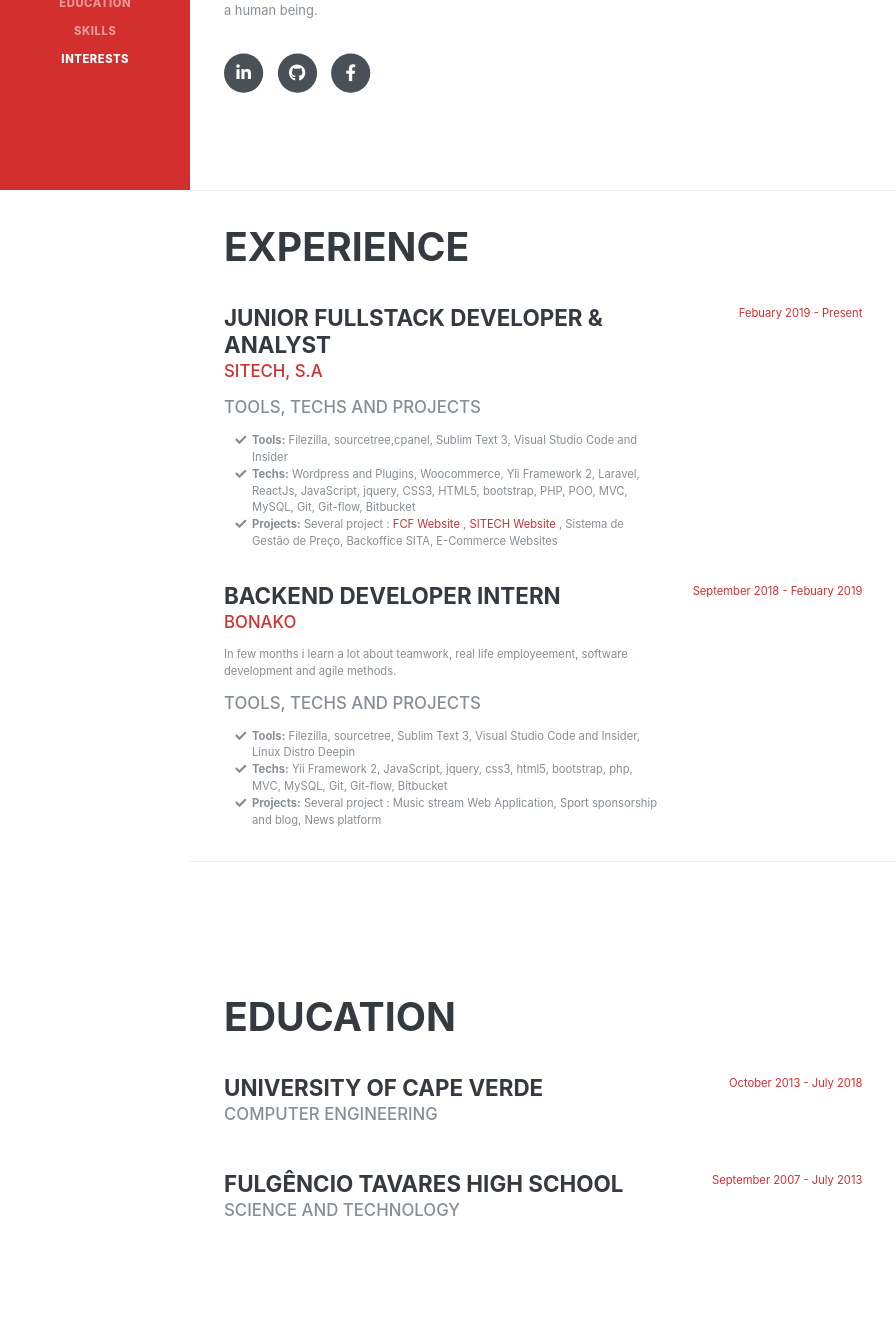
Repository: kcfurtado/kcfurtado.github.io
Page: index.html
The author's editor kept a copy of each file at every save. The page is drawn from the files as they stood at one save, then again after the next save.
The browser window is 1280 px wide. The pictures show the part of the page from y = 449 to 2369 px (the page is 3843 px tall), at 70% of full size.
Some web fonts or font styles are not loaded; a fallback is used.

Above is the page before, as saved 2020-04-18 18:40:30.

After the next save:
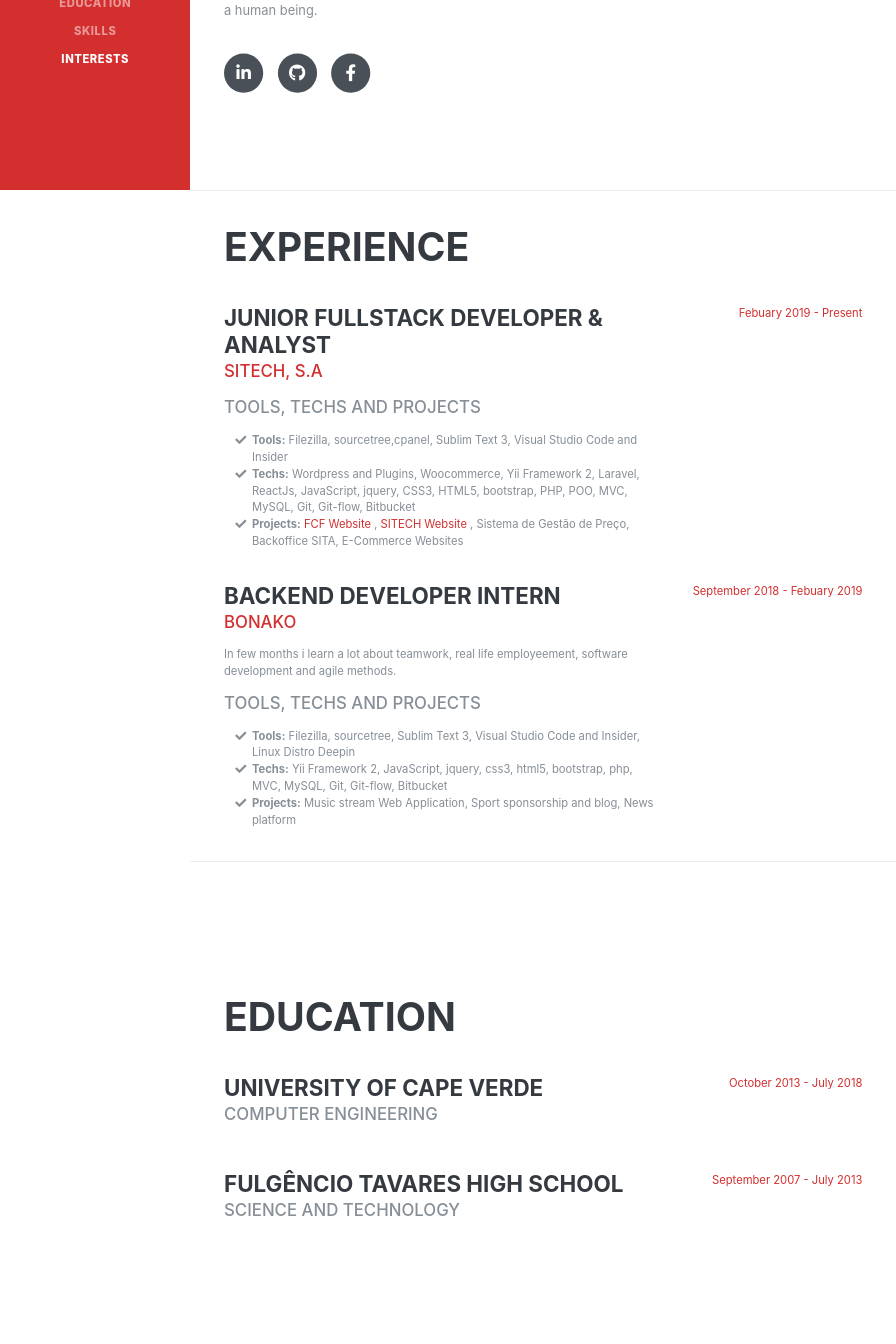
Saved 15 days later.
--- a/index.html
+++ b/index.html
@@ -136,7 +136,7 @@
               </li>
               <li>
                 <i class="fa-li fa fa-check"></i>
-                <b>Projects:</b> Several project : <a target="_blank" href="https://fcf.cv">FCF Website</a> , <a target="_blank" href="https://sitech.cv">SITECH Website</a> , Sistema de Gestão de Preço, Backoffice SITA, E-Commerce Websites
+                <b>Projects:</b> <a target="_blank" href="https://fcf.cv">FCF Website</a> , <a target="_blank" href="https://sitech.cv">SITECH Website</a> , Sistema de Gestão de Preço, Backoffice SITA, E-Commerce Websites
               </li>
             </ul>
           </div>
@@ -162,7 +162,7 @@
               </li>
               <li>
                 <i class="fa-li fa fa-check"></i>
-                <b>Projects:</b> Several project : Music stream Web Application, Sport sponsorship and blog, News platform
+                <b>Projects:</b> Music stream Web Application, Sport sponsorship and blog, News platform
               </li>
             </ul>
           </div>
